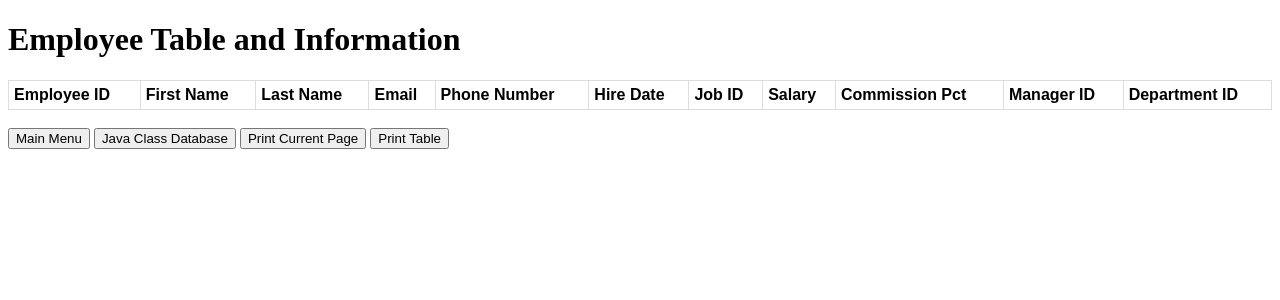
Repository: cohen-e/Demo_Project
Page: http://localhost/Demo_Project/Database.jsp
An editor plug-in stored every save of this project. The page is shown before and after the next save, followed by the edit.
The browser window is 1280 px wide. The pictures show the whole page.
The page is served by Tomcat 9. The session is filled in as if someone had signed in: {"user": "testuser", "id": 1}. Other server files are loaded and not shown. Queries for data that is not in the repository find no rows.

Above is the page before, as saved 2018-07-02 13:45:47.

### Demo_Project/WebContent/Database.jsp
<!DOCTYPE html>
<%@ page language="java" contentType="text/html; charset=ISO-8859-1"
	pageEncoding="ISO-8859-1"%>
<%@page import="java.sql.ResultSet"%>
<%@page import="com.example.Employees_Connection"%>

<html>

<head>
<title>Employees Table</title>
<link rel="stylesheet" href="css/database.css" type="text/css"/>

<script src="https://code.jquery.com/jquery-1.12.4.min.js"></script>

<script src="js/jquery-paginate.js"></script>
</head>
	<%
	if (session.getAttribute("user") == null){
		response.sendRedirect("Login.jsp");
	}
	%>
<body>
	<H1>Employee Table and Information</H1>
	<%
		Employees_Connection ts = new Employees_Connection();
		ResultSet rs = ts.getRS();
	%>
	<%
		String print = request.getParameter("yes_to_print");
		if (print != null && print.toString().equalsIgnoreCase("YES")) {
			response.setContentType("application/vnd.ms-excel");
			response.setHeader("Content-Disposition", "inline; filename=excel.xls");
		}
	%>
	<table id='myTable' border="1">
		<thead>
			<tr color="lightblue">
				<TH>Employee ID</TH>
				<TH>First Name</TH>
				<TH>Last Name</TH>
				<TH>Email</TH>
				<TH>Phone Number</TH>
				<TH>Hire Date</TH>
				<TH>Job ID</TH>
				<TH>Salary</TH>
				<TH>Commission Pct</TH>
				<TH>Manager ID</TH>
				<TH>Department ID</TH>

			</tr>
		</thead>
		<tbody>
			<TR>
				<%
					while (rs.next()) {
				%>
				<TD><%=rs.getString(1)%></td>
				<TD><%=rs.getString(2)%></td>
				<TD><%=rs.getString(3)%></td>
				<TD><%=rs.getString(4)%></td>
				<TD><%=rs.getString(5)%></td>
				<TD><%=rs.getString(6)%></td>
				<TD><%=rs.getString(7)%></td>
				<TD><%=rs.getString(8)%></td>
				<TD><%=rs.getString(9)%></td>
				<TD><%=rs.getString(10)%></td>
				<TD><%=rs.getString(11)%></td>
			</TR>
			<%
				}
			%>

		</tbody>
	</table>

	<script>
		$('#myTable').paginate({
			limit : 10,
			onSelect : function(obj, page) {
				console.log('Page ' + page + ' selected!');
			}
		});
	</script>



	<br />
	<button type="button"
		onclick="location.href= '/Demo_Project/myJsp.jsp';">Main Menu</button>
	<button type="button"
		onclick="location.href= '/Demo_Project/TestDatabase';">Java
		Class Database</button>
	<button type="button" onclick="window.print();">Print Current
		Page</button>
	<a href="Database.jsp?yes_to_print=YES"><button>Print
			Table</button></a>
</body>
</html>

### Demo_Project/src/com/example/Employees_Connection.java
package com.example;

import java.sql.*;

public class Employees_Connection {

private ResultSet rs;
	private int total;

	protected void connection () throws SQLException, ClassNotFoundException {
		Class.forName("oracle.jdbc.driver.OracleDriver");
		Connection connection = DriverManager.getConnection(
	 			"jdbc:oracle:thin:@192.168.200.10:1521:orcl", "coel09 as sysdba", "angang08");
	 	 	Statement statement = connection.createStatement();
	 	 	rs = statement.executeQuery("select * from coel09.employees");

	}

	public ResultSet getRS () throws ClassNotFoundException, SQLException {
		connection();
		return this.rs;

	}
	public int total() throws ClassNotFoundException, SQLException {
		connection();
		while(this.rs.next()) {
			total = total +1;
		}
		return this.total;

	}
}

### Demo_Project/WebContent/css/database.css
table {
    font-family: arial;
    border-collapse: collapse;
    width: 100%;
}
td, th, tr {
    border: 1px solid #dddddd;
    text-align: left;
    padding: 5px;
	}
.page-navigation a {
  margin: 0 2px;
  display: inline-block;
  padding: 3px 5px;
  color: black;
  background-color: none;
  border-radius: 5px;
  text-decoration: none;
  font-weight: bold;
}

.page-navigation a[data-selected] {
  background-color: #4CAF50;
  color: white;

}
.page-navigation a:hover:not(.active) {background-color: #ddd; }

Loaded but not shown: Demo_Project/WebContent/js/jquery-paginate.js (library)

After the next save:
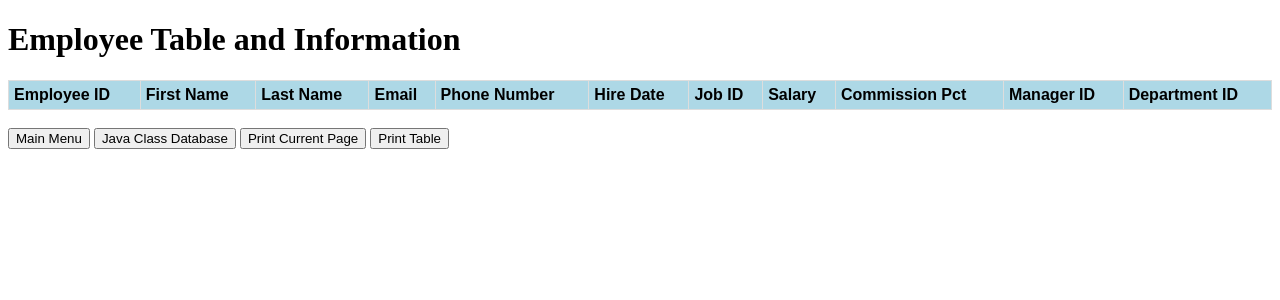
Saved 10 s later.
--- a/Demo_Project/WebContent/Database.jsp
+++ b/Demo_Project/WebContent/Database.jsp
@@ -34,7 +34,7 @@
 	%>
 	<table id='myTable' border="1">
 		<thead>
-			<tr color="lightblue">
+			<tr bgcolor="lightblue">
 				<TH>Employee ID</TH>
 				<TH>First Name</TH>
 				<TH>Last Name</TH>
